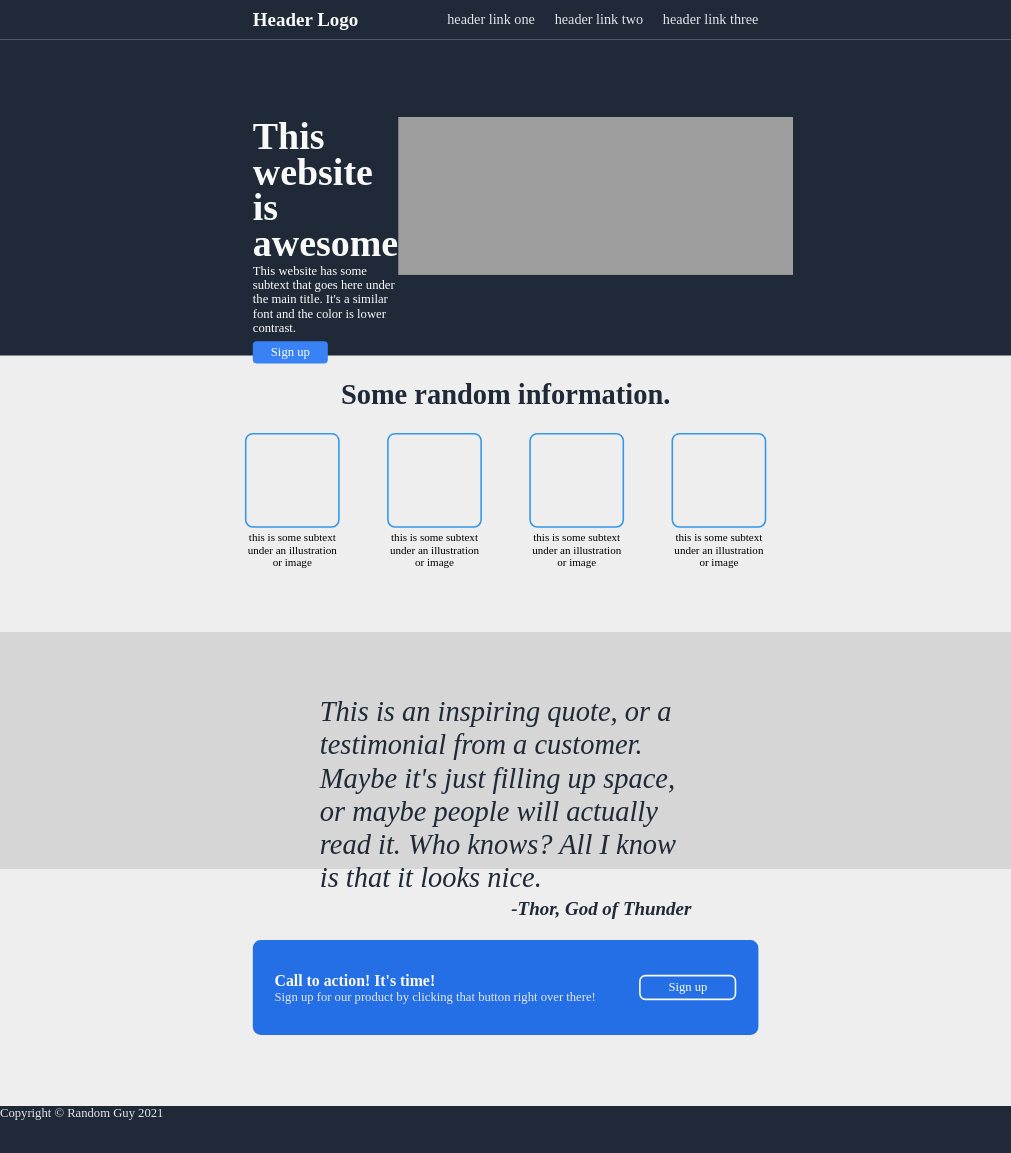
Repository: Pafestivo/Dummy-Landing-Page
Page: index.html
These files come from the project's save history. The page is drawn as it stood at one moment and after the next save; the edit follows.
The browser window is 1280 px wide. The pictures show the whole page, at 79% of full size.
Pictures or frames that could not be fetched are drawn as grey boxes.

Above is the page before, as saved 2022-09-26 19:52:19.

### index.html
<!DOCTYPE html>
<html lang="en">
<head>
    <meta charset="UTF-8">
    <meta name="viewport" content="width=device-width, initial-scale=1.0">
    <link rel="stylesheet" href="styles.css">
    <title>Landing Page</title>
</head>
<body>
    <header>
        <div class="container">
            <h1>Header Logo</h1>
            <nav>
                <a href="#">header link one</a>
                <a href="#">header link two</a>
                <a href="#">header link three</a>
            </nav>
        </div> <!-- /container-->
    </header>
    <main>
        <section class="first">
            <div class="container">

                <div class="right">
                    <h1>This website is awesome</h1>
                    <p>This website has some subtext that goes here under the main title. It's a similar font and the color is lower contrast.</p>
                    <a href="#">Sign up</a>
                </div> <!-- /right -->

                <div class="left">
                    <img src="images/office.jpg" alt="Office desk photo" />
                </div> <!-- /left -->

            </div> <!-- /container-->
        </section> <!-- /first -->

        <section class="second">
            <div class="container">

                <h1>Some random information.</h1>
                <div class="boxes">
                    <div class="info">
                        <div class="box"></div>
                        <div class="box-info">
                            <p>this is some subtext under an illustration or image</p>
                        </div> <!-- /box-info -->
                    </div> <!-- /info -->

                    <div class="info">
                        <div class="box"></div>
                        <div class="box-info">
                            <p>this is some subtext under an illustration or image</p>
                        </div> <!-- /box-info -->
                    </div> <!-- /info -->

                    <div class="info">
                        <div class="box"></div>
                        <div class="box-info">
                            <p>this is some subtext under an illustration or image</p>
                        </div> <!-- /box-info -->
                    </div> <!-- /info -->

                    <div class="info">
                        <div class="box"></div>
                        <div class="box-info">
                            <p>this is some subtext under an illustration or image</p>
                        </div> <!-- /box-info -->
                    </div> <!-- /info -->

                </div> <!-- /boxes-->
            </div> <!-- /container-->
        </section> <!-- /second -->

        <section class="third">
            <div class="container">
                <p>This is an inspiring quote, or a testimonial from a customer. Maybe it's just filling up space, or maybe people will actually read it. Who knows? All I know is that it looks nice.</p>
                <p class="quote-owner">-Thor, God of Thunder</p>
            </div> <!-- /container-->
        </section> <!-- /third -->

        <section class="fourth">
            <div class="container">
                <div class="coa">
                    <div class="side">
                        <h1>Call to action! It's time!</h1>
                        <p>Sign up for our product by clicking that button right over there!</p>
                    </div> <!-- /right -->
                    <a href="#">Sign up</a>
                </div>
            </div> <!-- /container-->
        </section> <!-- /fourth -->

        <footer>
            <p>Copyright &copy Random Guy 2021</p>
        </footer>
    </main>
</body>
</html>

### styles.css
* {
  padding: 0;
  margin: 0;
  box-sizing: border-box;
}

body {
  font-family: serif;
  background-color: #eee;
}

.container {
  width: 50vw;
  margin: 0 auto;
}

a {
  text-decoration: none;
  color: inherit;
}

/* header bar */
header {
  display: flex;
  align-items: center;
  background-color: #1F2937;
  color: #fff;
  height: 50px;
}

header h1 {
  font-size: 24px;
  color: #F9FAF8;
}

header .container {
  display: flex;
  justify-content: space-between;
}

header nav {
  display: flex;
  align-items: center;
  gap: 25px;
}

header a {
  font-size: 18px;
  color: #E5E7EB;
}
/* End header bar  */

/* First section  */
.first {
  background-color: #1F2937;
  height: 400px;
  color: #fff;
}

.first .container {
  display: flex;
  align-items: center;
  justify-content: space-between;
  height: 100%;
}

.right {
  display: flex;
  flex-direction: column;
  gap: 4px;
  height: 200px;
  width: 40%;
}

.right h1 {
  font-size: 48px;
  font-weight: extra-bold;
  color: #F9FAF8;
  line-height: 45px;
}

right p {
  font-size: 18px;
  color: #E5E7EB;
}

.first img {
  width: 500px;
  height: 200px;
}

.first a {
  background-color: #3882F6;
  width: 95px;
  padding: 5px;
  border-radius: 5px;
  margin-top: 4px;
  text-align: center;

}
/* End first section  */

/* Second section */
.second {
  height: 350px;
}

.second h1 {
  text-align: center;
  font-size: 36px;
  font-weight: extra-bold;
  color: #1F2937;
  padding: 28px 0 28px 0;
}

.boxes {
  display: flex;
  justify-content: center;
  gap: 60px;
}

.box {
  width: 120px;
  height: 120px;
  border: 2px solid hsl(207, 82%, 56%);
  border-radius: 10px;
}

.box-info {
  margin-top: 5px;
  width: 120px;
  font-size: 14px;
  text-align: center;
}
/* End second section  */

/* Third section  */
.third {
  background-color: #d6d6d6;
  height: 300px;
  padding: 80px;
}

.third .container {
  display: flex;
  width: 42%;
  flex-direction: column;
}

.third p {
  font-size: 36px;
  font-style: italic;
  color: #1F2937;
}

.third .quote-owner {
  font-size: 24px;
  align-self: flex-end;
  font-style: none;
  font-weight: bold;
  margin-top: 5px;
}
/* End third section  */

/* Fourth section */
.fourth {
  height: 300px;
  display: flex;
  align-items: center;
}

.coa {
  display: flex;
  justify-content: space-around;
  align-items: center;
  width: 100%;
  height: 120px;
  border-radius: 10px;
  background-color: #256fe6;
}

.coa h1 {
  font-size: 20px;
  color: #F9FAF8;
}

.coa p {
  color: #E5E7EB;
}

.coa a {
  padding: 5px 35px;
  color: #F9FAF8;
  border: 2px solid #F9FAF8;
  border-radius: 8px;
}
/* End fourth section */

/* Footer */
footer {
  background-color: #1F2937;
  height: 60px;
  color: #E5E7EB;
}
/* End footer */

After the next save:
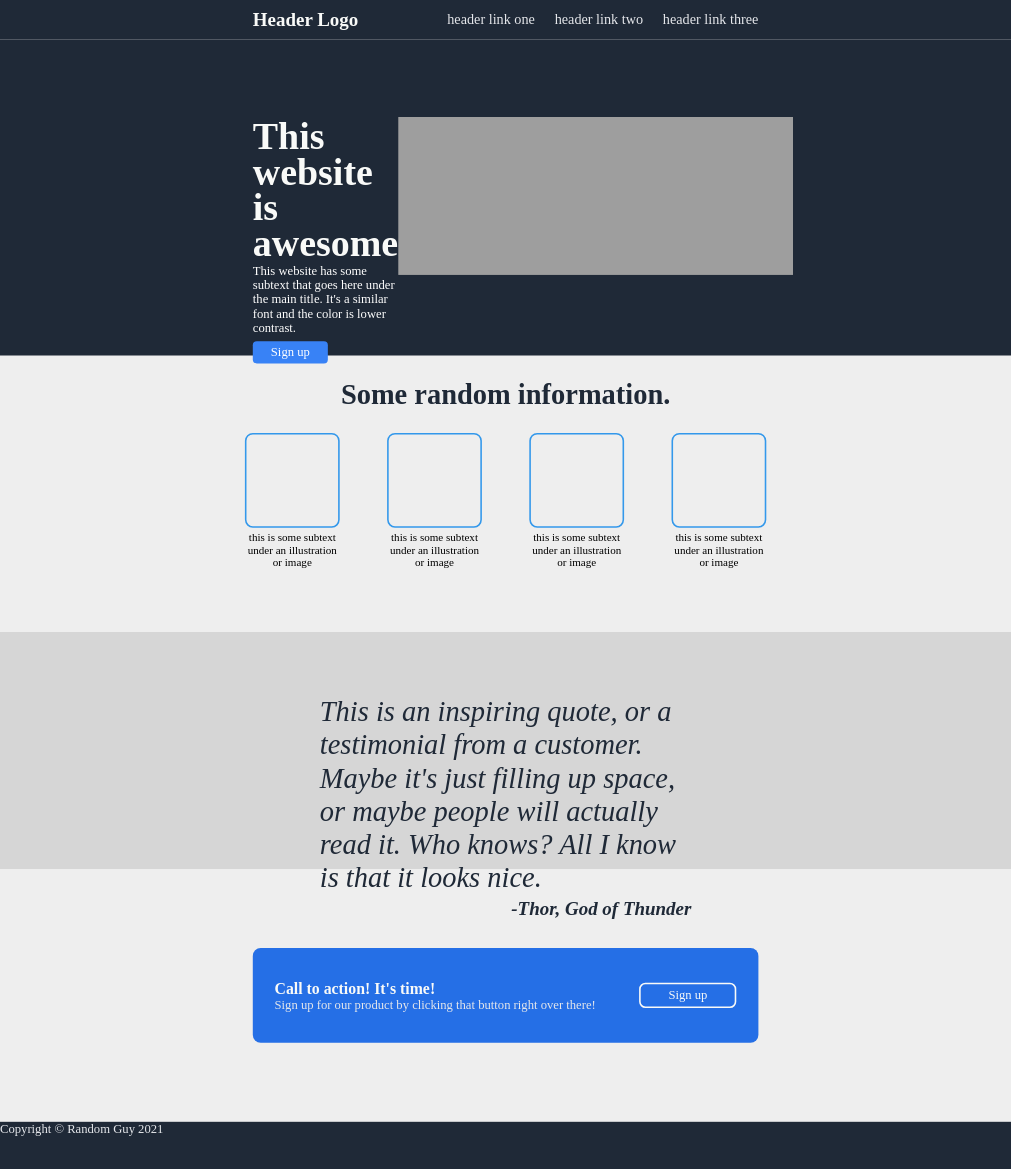
Saved 7 s later.
--- a/styles.css
+++ b/styles.css
@@ -164,7 +164,7 @@ right p {
 
 /* Fourth section */
 .fourth {
-  height: 300px;
+  height: 320px;
   display: flex;
   align-items: center;
 }
